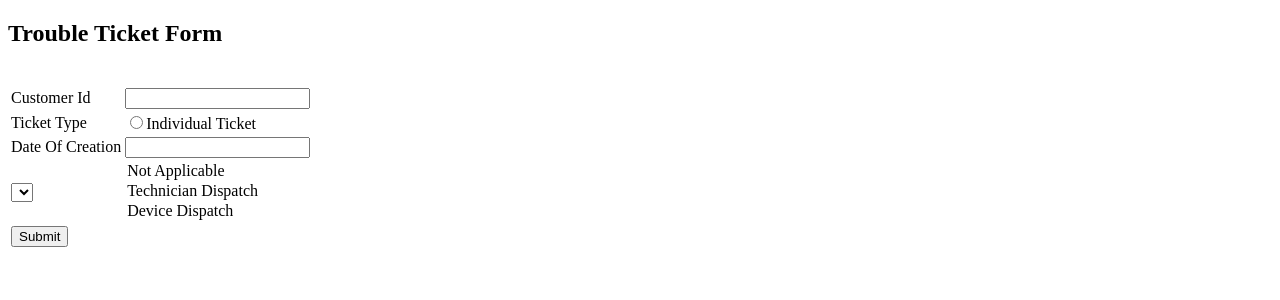
Repository: ApoorvaVeluri/JavaProject
Page: http://localhost/userinterface/Input.jsp
These files come from the project's save history. The page is drawn as it stood at one moment and after the next save; the edit follows.
The browser window is 1280 px wide. The pictures show the whole page.
The page is served by Tomcat 9.

Above is the page before, as saved 2015-08-20 10:58:34.

After the next save:
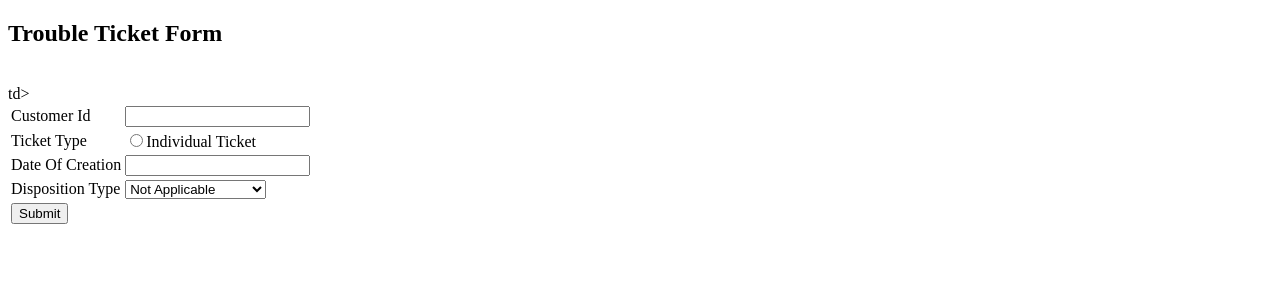
Saved 51 s later.
--- a/html/userinterface/WebContent/Input.jsp
+++ b/html/userinterface/WebContent/Input.jsp
@@ -33,8 +33,9 @@
 			</tr>
 
 			<tr>
-				<td><select name="Disposition Id"> </td>
-					<td>	<option value="Not Applicable">Not Applicable</option>
+			<td>Disposition Type</td>td>
+				<td><select name="">
+						<option value="Not Applicable">Not Applicable</option>
 						<option value="Technician Dispatch">Technician Dispatch</option>
 						<option value="Device Dispatch">Device Dispatch</option>
 
